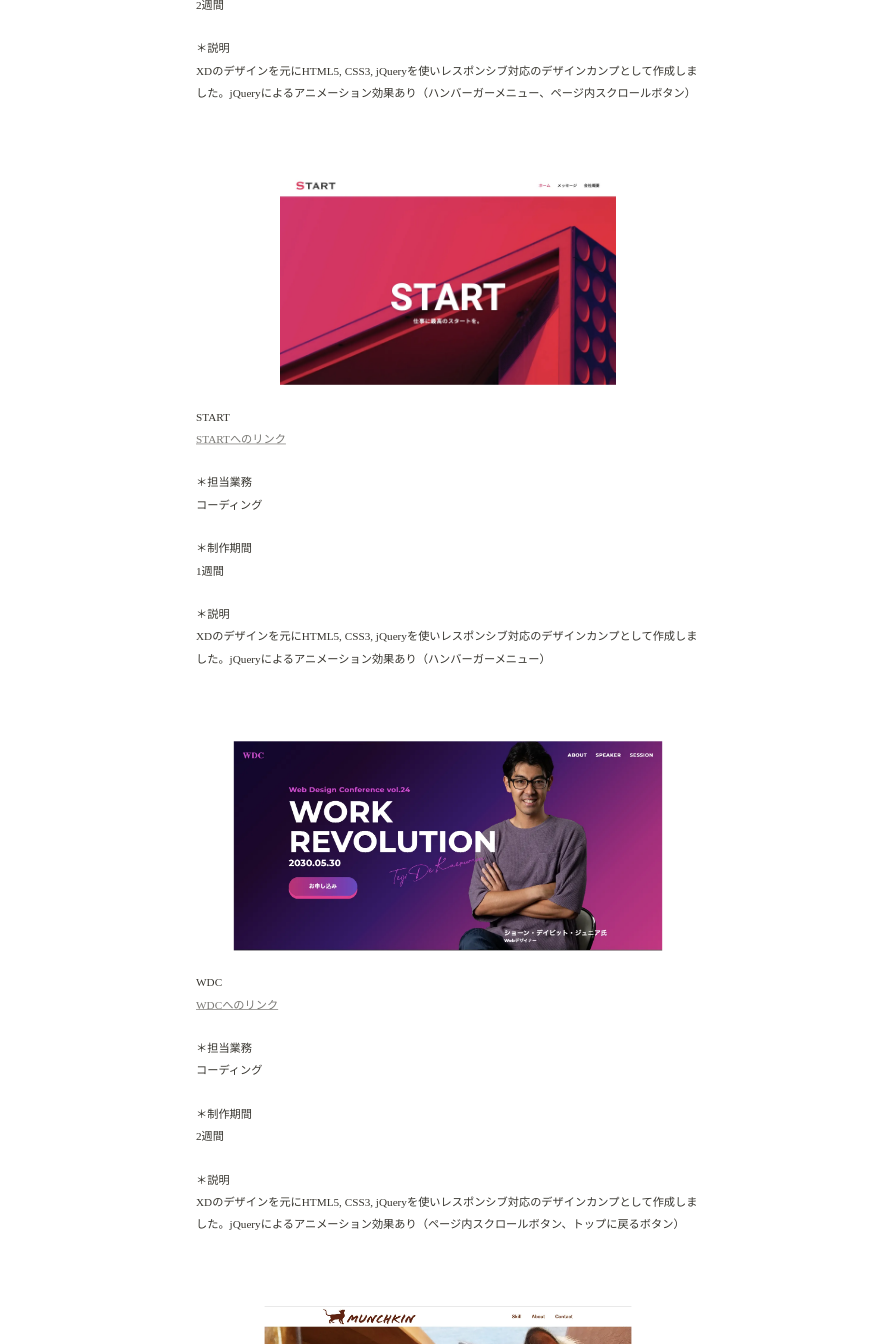
Repository: tetishi/my-portfolio
Page: index.html
An editor plug-in stored every save of this project. The page is shown before and after a run of saves, followed by the edit.
The browser window is 1280 px wide. The pictures show the part of the page from y = 2004 to 3924 px (the page is 6517 px tall before and 5709 px after), at 70% of full size.
The style sheet was rebuilt from its Sass, Less or Tailwind sources for each picture, by a compiler version that may differ from the author's.

Above is the page before, as saved 2023-08-23 15:35:27.

### index.html
<!DOCTYPE html>
<html lang="ja">

<head>
    <meta name="robots" content="noindex">
    <meta charset="UTF-8">
    <meta name="viewport" content="width=device-width, initial-scale=1.0">
    <meta http-equiv="X-UA-Compatible" content="ie=edge">
    <meta property="og:title" content="石田哲朗のポートフォリオ" />
    <meta property="og:type" content="website" />
    <meta property="og:url" content="#" />
    <meta property="og:image" content="#" />
    <meta property="og:site_name" content="ポートフォリオ" />
    <meta property="og:description" content="石田哲朗のポートフォリオです。過去の作品、スキル、使用ツール、自己紹介を掲載しております。" />
    <title>石田哲朗のポートフォリオ</title>
    <link rel="stylesheet" href="reset.css">
    <link rel="stylesheet" href="style.css">
    <link rel="icon" href="img/favicon.ico">
</head>

<body>
    <header>

    </header>

    <main>

        <section>
            <!-- ここ記入 -->
            <h1>ポートフォリオ<br class="d-none">（石田 哲朗）</h1>
            <p>お忙しい中 ご覧頂きありがとうございます。</p>
            <p>以下、過去の作品でございます。</p>
            <!-- ここ記入 -->
            <!-- <p>ベーシック認証がかかっているものは<br>ID aaa<br>パスワード aaa<br> です。</p> -->
        </section>
        <section>

            <h2>過去の作品</h2>
            <h3 class="sub-tit">LP作成</h3>

            <!-- １作品目 -->
            <div class="work">
                <!-- サイトのイメージ写真を入れます -->
                <picture>
                    <source srcset="img/engbody.webp" type="image/webp">
                    <img src="img/engbody.png">
                </picture>
                <!-- ここ記入 -->
                <p class="work_tit">ENGBODY</p>
                <!-- ここ記入 -->
                <p class="work_link"><a target="_blank" rel="noopener noreferrer" href="https://tetishi.github.io/engbody/">ENGBODYへのリンク</a></p>
                <p class="details">＊担当業務</p>
                <p>コーディング</p>
                <p class="details">＊制作期間</p>
                <!-- ここ記入 -->
                <p>2週間</p>
                <p class="details">＊説明</p>
                <!-- ここ記入 -->
                <p>XDのデザインを元にHTML5, CSS3, jQueryを使いレスポンシブ対応のデザインカンプとして作成しました。jQueryによるアニメーション効果あり（ヘッダー表示、背景色のアニメーション、スクロールエフェクト、タブ、スライダー、アコーディオン、ページ内横スクロール等）モバイルファーストによるコーディングを実施しました。</p>
            </div>

            <!-- 　２作品目 -->
            <div class="work">
                <!-- サイトのイメージ写真を入れます -->
                <picture>
                    <source srcset="img/cresta-design.webp" type="image/webp">
                    <img src="img/cresta-design.png">
                </picture>
                <!-- ここ記入 -->
                <p class="work_tit">Cresta Design</p>
                <!-- ここ記入 -->
                <p class="work_link"><a target="_blank" rel="noopener noreferrer" href="https://tetishi.github.io/cresta-design/">Cresta Designへのリンク</a></p>
                <p class="details">＊担当業務</p>
                <p>コーディング</p>
                <p class="details">＊制作期間</p>
                <!-- ここ記入 -->
                <p>2週間</p>
                <p class="details">＊説明</p>
                <!-- ここ記入 -->
                <p>XDのデザインを元にHTML5, CSS3, jQueryを使いレスポンシブ対応のデザインカンプとして作成しました。jQueryによるアニメーション効果あり（ハンバーガーメニュー、ページ内スクロールボタン）</p>
            </div>

            <div class="work">
                <!-- サイトのイメージ写真を入れます -->
                <picture>
                    <source srcset="img/start.webp" type="image/webp">
                    <img src="img/start.png">
                </picture>
                <!-- ここ記入 -->
                <p class="work_tit">START</p>
                <!-- ここ記入 -->
                <p class="work_link"><a target="_blank" rel="noopener noreferrer" href="https://tetishi.github.io/">STARTへのリンク</a></p>
                <p class="details">＊担当業務</p>
                <p>コーディング</p>
                <p class="details">＊制作期間</p>
                <!-- ここ記入 -->
                <p>1週間</p>
                <p class="details">＊説明</p>
                <!-- ここ記入 -->
                <p>XDのデザインを元にHTML5, CSS3, jQueryを使いレスポンシブ対応のデザインカンプとして作成しました。jQueryによるアニメーション効果あり（ハンバーガーメニュー）</p>
            </div>

            <!-- 　3作品目 -->
            <div class="work">
                <!-- サイトのイメージ写真を入れます -->
                <picture>
                    <source srcset="img/wdc.webp" type="image/webp">
                    <img src="img/wdc.png">
                </picture>
                <!-- ここ記入 -->
                <p class="work_tit">WDC</p>
                <!-- ここ記入 -->
                <p class="work_link"><a target="_blank" rel="noopener noreferrer" href="https://tetishi.github.io/wdc/">WDCへのリンク</a></p>
                <p class="details">＊担当業務</p>
                <p>コーディング</p>
                <p class="details">＊制作期間</p>
                <!-- ここ記入 -->
                <p>2週間</p>
                <p class="details">＊説明</p>
                <!-- ここ記入 -->
                <p>XDのデザインを元にHTML5, CSS3, jQueryを使いレスポンシブ対応のデザインカンプとして作成しました。jQueryによるアニメーション効果あり（ページ内スクロールボタン、トップに戻るボタン）</p>
            </div>

            <!-- 　4作品目 -->

            <!-- 　5作品目 -->
            <div class="work">
                <!-- サイトのイメージ写真を入れます -->
                <picture>
                    <source srcset="img/munchkin.webp" type="image/webp">
                    <img src="img/munchkin.png">
                </picture>
                <!-- ここ記入 -->
                <p class="work_tit">MUNCHKIN</p>
                <!-- ここ記入 -->
                <p class="work_link"><a target="_blank" rel="noopener noreferrer" href="https://tetishi.github.io/munchkin2/">MUNCHKINへのリンク</a></p>
                <p class="details">＊担当業務</p>
                <p>コーディング</p>
                <p class="details">＊制作期間</p>
                <!-- ここ記入 -->
                <p>1週間</p>
                <p class="details">＊説明</p>
                <!-- ここ記入 -->
                <p>XDのデザインを元にHTML5, CSS3, jQueryを使いレスポンシブ対応のデザインカンプとして作成しました。jQueryによるアニメーション効果あり（ハンバーガーメニュー、スクロールボタン）</p>
            </div>


            <!-- <h3 class="sub-tit">コーポレイトサイト作成</h3> -->
            <!-- <div class="work"> -->
                <!-- サイトのイメージ写真を入れます -->
                <!-- <picture>
                    <source srcset="img/#" type="image/webp">
                    <img src="img/#">
                </picture> -->
                <!-- ここ記入 -->
                <!-- <p class="work_tit">ここに作品のタイトルを入れます</p> -->
                <!-- ここ記入 -->
                <!-- <p class="work_link"><a target="_blank" rel="noopener noreferrer" href="#">ここにリンクを入れます</a></p>
                <p class="details">＊担当業務</p>
                <p>コーディング</p>
                <p class="details">＊制作期間</p> -->
                <!-- ここ記入 -->
                <!-- <p>○週間</p>
                <p class="details">＊説明</p> -->
                <!-- ここ記入 -->
                <!-- <p>ここに説明文を入れます</p>
            </div> -->


        </section>
        <section>
            <h2>スキル</h2>
            <h3 class="info-tit">使用言語</h3>
            <p>HTML / CSS / Sass / Javascript / SEO </p>
            <h3 class="info-tit">フレイムワーク</h3>
            <p>jQuery / WordPress</p>
        </section>
        <section>
            <h2>使用ツール</h2>
            <h3 class="info-tit">エディター</h3>
            <p>Visual Studio Code</p>
            <h3 class="info-tit">テストサーバー</h3>
            <p>エックスフリー</p>
            <h3 class="info-tit">バージョン管理ツール</h3>
            <p>GitHub</p>
            <h3 class="info-tit">連絡ツール</h3>
            <p>slack / Chatwork</p>
        </section>
        <section>
            <h2>私について</h2>
            <!-- 自分の写真を入れます -->
            <img class="people" src="img/myself.jpeg">
            <h3 class="info-tit">名前</h3>
            <!-- ここ記入 -->
            <p>石田 哲朗</p>
            <h3 class="info-tit">生年月日</h3>
            <!-- ここ記入 -->
            <p>1992年11月12日</p>
            <h3 class="info-tit">出身</h3>
            <!-- ここ記入 -->
            <p>奈良県</p>
            <h3 class="info-tit">経歴</h3>
            <!-- ここ記入 -->
            <ul class="carrier-list">
                <li class="carrier-item">
                    <p class="carrier-year">2015</p>
                    <p class="carrier-content">大阪の大学を経済学部で卒業</p>
                </li>
                <li class="carrier-item">
                    <p class="carrier-year">2015 - 2017</p>
                    <p class="carrier-content">アメリカ、ロサンゼルスの語学学校で英語を学ぶ</p>
                </li>
                <li class="carrier-item">
                    <p class="carrier-year">2017 - 2019</p>
                    <p class="carrier-content">カリフォルニア州オークランドにあるLaney Collegeにてコンピュータプログラミング専攻し卒業</p>
                </li>
                <li class="carrier-item">
                    <p class="carrier-year">2019</p>
                    <p class="carrier-content">フリーランスのWebエンジニアとして活動</p>
                </li>
                <li class="carrier-item">
                    <p class="carrier-year">2019 - 2020</p>
                    <p class="carrier-content">プログラミングスクールにてRuby on Ralisなどを学び実際に業務としてWeb開発を実施</p>
                </li>
                <li class="carrier-item">
                    <p class="carrier-year">2021 ~ 2023</p>
                    <p class="carrier-content">ネットワークエンジニアとして勤務</p>
                </li>
                <li class="carrier-item">
                    <p class="carrier-year">2022 ~ 現在</p>
                    <p class="carrier-content">フリーランスのWebエンジニアとして活動中</p>
                </li>
            </ul>
        </section>



    </main>

    <footer>

    </footer>

</body>

</html>

### reset.css
/*
html5doctor.com Reset Stylesheet
v1.6.1
Last Updated: 2010-09-17
Author: Richard Clark - http://richclarkdesign.com
Twitter: @rich_clark
*/

html,
body,
div,
span,
object,
iframe,
h1,
h2,
h3,
h4,
h5,
h6,
p,
blockquote,
pre,
abbr,
address,
cite,
code,
del,
dfn,
em,
img,
ins,
kbd,
q,
samp,
small,
strong,
sub,
sup,
var,
b,
i,
dl,
dt,
dd,
ol,
ul,
li,
fieldset,
form,
label,
legend,
table,
caption,
tbody,
tfoot,
thead,
tr,
th,
td,
article,
aside,
canvas,
details,
figcaption,
figure,
footer,
header,
hgroup,
menu,
nav,
section,
summary,
time,
mark,
audio,
video {
    margin: 0;
    padding: 0;
    border: 0;
    outline: 0;
    font-size: 100%;
    vertical-align: baseline;
    background: transparent;
}

body {
    line-height: 1;
}

article,
aside,
details,
figcaption,
figure,
footer,
header,
hgroup,
menu,
nav,
section {
    display: block;
}

nav ul {
    list-style: none;
}

blockquote,
q {
    quotes: none;
}

blockquote:before,
blockquote:after,
q:before,
q:after {
    content: '';
    content: none;
}

a {
    margin: 0;
    padding: 0;
    font-size: 100%;
    vertical-align: baseline;
    background: transparent;
}


/* change colours to suit your needs */

ins {
    background-color: #ff9;
    color: #000;
    text-decoration: none;
}


/* change colours to suit your needs */

mark {
    background-color: #ff9;
    color: #000;
    font-style: italic;
    font-weight: bold;
}

del {
    text-decoration: line-through;
}

abbr[title],
dfn[title] {
    border-bottom: 1px dotted;
    cursor: help;
}

table {
    border-collapse: collapse;
    border-spacing: 0;
}


/* change border colour to suit your needs */

hr {
    display: block;
    height: 1px;
    border: 0;
    border-top: 1px solid #cccccc;
    margin: 1em 0;
    padding: 0;
}

input,
select {
    vertical-align: middle;
}


/*end reset css*/

### style.scss
$main-color: #AAC8E9;
img {
    width: 100%;
}

h1,
h2,
h3,
p {
    color: #37352F;
}

a {
    color: #7A7975;
}

h1 {
    font-size: 2.5rem;
    margin-bottom: 50px;
}

h2 {
    background-color: $main-color;
    font-size: 1.5rem;
    padding: 10px;
    margin-top: 100px;
}

p {
    line-height: 2;
}

.d-flex {
    display: flex;
}

.d-none {
    display: none;
}

.d-block {
    display: block;
}

header {
    height: 50px;
    width: 100%;
    position: fixed;
    top: 0;
    background-color: #ffffff;
    margin-bottom: 50px;
    display: flex;
    align-items: center;
    .logo {
        width: 150px;
    }
}

.header-inner {
    width: 90%;
    margin: 0 auto;
}

main {
    max-width: 800px;
    width: 80%;
    margin: 150px auto;
}

.sub-tit {
    margin-top: 70px;
    margin-bottom: -60px;
}

.info-tit {
    margin: 30px 0 10px 0;
}

.work {
    width: 90%;
    margin: 0 auto;
    margin-top: 100px;
    img {
        max-height: 300px;
        object-fit: contain;
        margin: 0 auto;
        margin-bottom: 30px;
        display: block;
    }
    .d-flex img {
        max-width: 450px;
        width: 70%;
    }
}

.details {
    margin-top: 30px;
}

.people {
    height: 200px;
    width: 20%;
    object-fit: cover;
    margin-top: 50px;
}

.carrier-item {
    display: flex;
    .carrier-year {
        white-space: nowrap;
        width: 20%;
    }
    .carrier-content {
        width: 80%;
    }
}

@media all and (max-width:650px) {
    main {
        width: 90%;
        margin: 100px auto;
    }
    .d-flex {
        display: block;
    }
    .d-none {
        display: block;
    }
    .d-block {
        display: none !important;
    }
    h1 {
        font-size: 2rem;
    }
    .people {
        display: block;
        width: 50%;
        margin: 0 auto;
        margin-top: 30px;
    }
    .carrier-item {
        display: block;
        padding: 10px 0;
        &:first-of-type {
            padding: 0 0 10px;
        }
        .carrier-year {
            width: 100%;
        }
        .carrier-content {
            width: 100%;
        }
    }
}

After the next 2 saves:
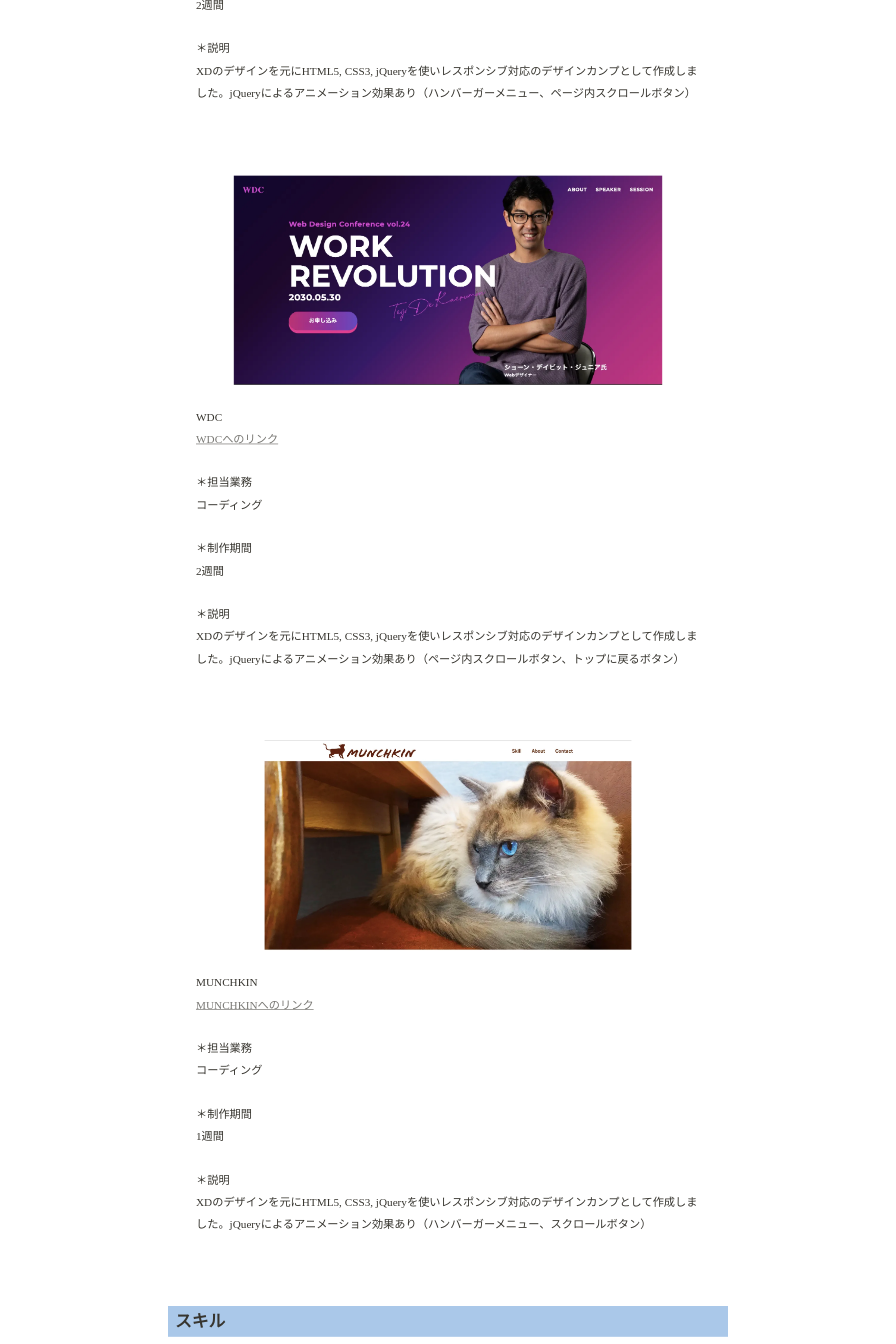
The 2 saves are shown as one change because they came seconds apart.
The last was saved 10 s later.
--- a/index.html
+++ b/index.html
@@ -80,26 +80,6 @@
                 <p>XDのデザインを元にHTML5, CSS3, jQueryを使いレスポンシブ対応のデザインカンプとして作成しました。jQueryによるアニメーション効果あり（ハンバーガーメニュー、ページ内スクロールボタン）</p>
             </div>
 
-            <div class="work">
-                <!-- サイトのイメージ写真を入れます -->
-                <picture>
-                    <source srcset="img/start.webp" type="image/webp">
-                    <img src="img/start.png">
-                </picture>
-                <!-- ここ記入 -->
-                <p class="work_tit">START</p>
-                <!-- ここ記入 -->
-                <p class="work_link"><a target="_blank" rel="noopener noreferrer" href="https://tetishi.github.io/">STARTへのリンク</a></p>
-                <p class="details">＊担当業務</p>
-                <p>コーディング</p>
-                <p class="details">＊制作期間</p>
-                <!-- ここ記入 -->
-                <p>1週間</p>
-                <p class="details">＊説明</p>
-                <!-- ここ記入 -->
-                <p>XDのデザインを元にHTML5, CSS3, jQueryを使いレスポンシブ対応のデザインカンプとして作成しました。jQueryによるアニメーション効果あり（ハンバーガーメニュー）</p>
-            </div>
-
             <!-- 　3作品目 -->
             <div class="work">
                 <!-- サイトのイメージ写真を入れます -->
